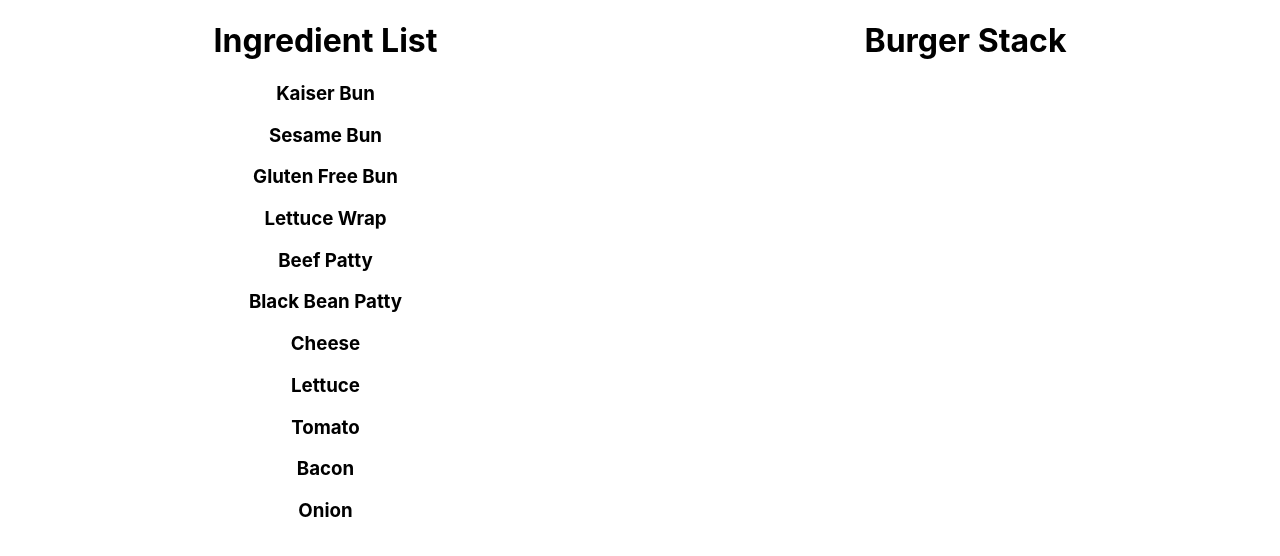
Repository: thecoachanna/react-burger-stacker
Page: /
The author's editor kept a copy of each file at every save. The page is drawn from the files as they stood at one save, then again after the next save.
The browser window is 1280 px wide. The pictures show the whole page.
The project was rebuilt for these pictures with package versions that can differ from the ones it lists, and the page was loaded fresh each time.

Above is the page before, as saved 2023-02-04 13:57:52.

After the next save:
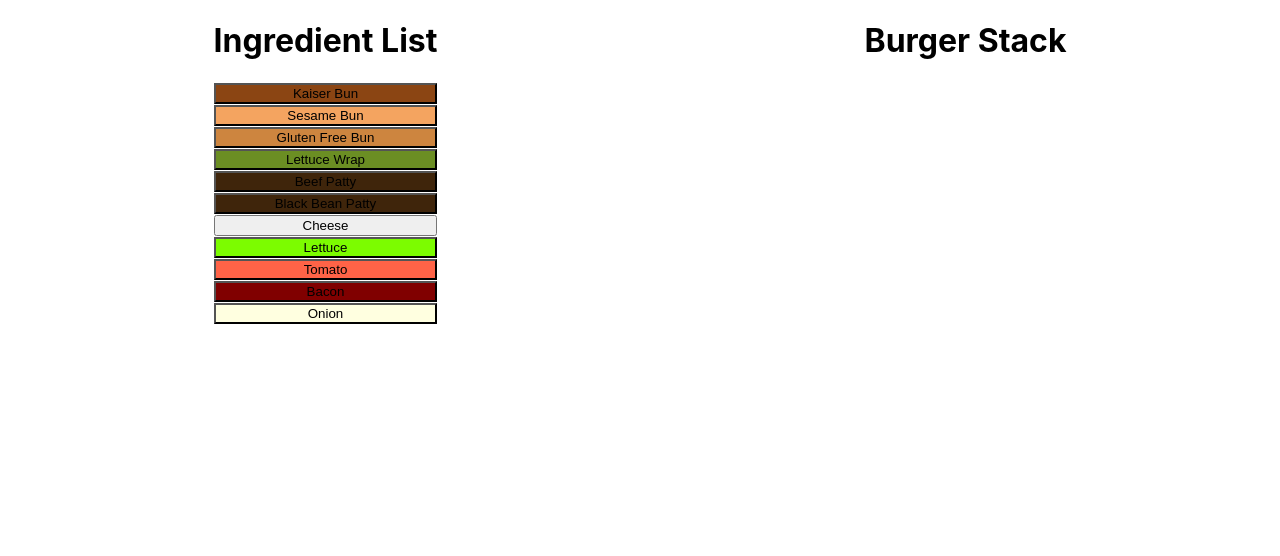
Saved 40 s later.
--- a/src/components/Ingredient.jsx
+++ b/src/components/Ingredient.jsx
@@ -1,11 +1,18 @@
 import React from 'react'
 
 const Ingredient = (props) => {
-  return (
-      <div>
-          <h3 onClick={props.handleIngredientClick}>{props.name}</h3>
-    </div>
-  )
-}
+    const buttonStyle = {
+        backgroundColor: props.color
+      }
+
+      return (
+        <div>
+          <button
+            onClick={props.handleIngredientClick}
+            style={buttonStyle}
+            >{props.name}</button>
+        </div>
+      )
+    }
 
 export default Ingredient
